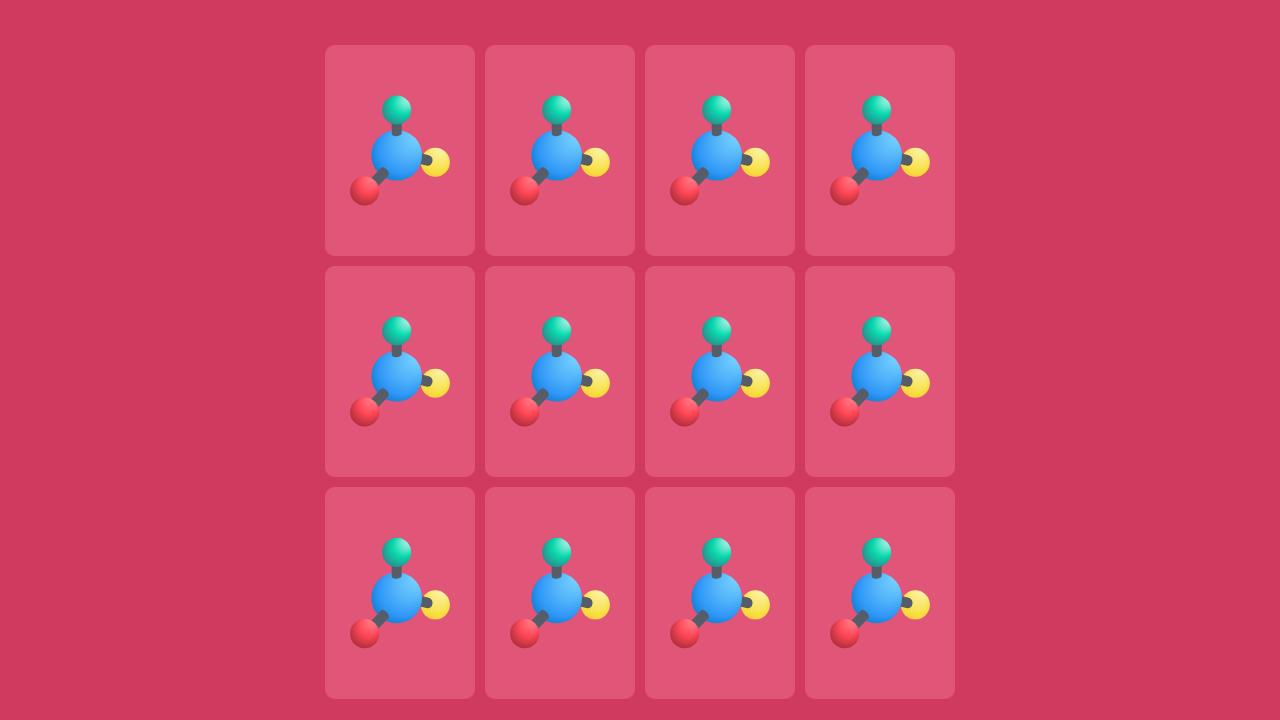
Repository: LeviUmr/JogoDaMemoria
Page: index.html
The author's editor kept a copy of each file at every save. The page is drawn from the files as they stood at one save, then again after a run of saves.
The browser window is 1280 px wide. The pictures show the whole page.
Pictures or frames that could not be fetched are drawn as grey boxes.

Above is the page before, as saved 2020-09-17 16:58:12.

### index.html
<html lang="en">
<head>
    <meta charset="UTF-8">
    <meta name="viewport" content="width=device-width, initial-scale=1.0">
    <title>Jogo da Memoria</title>
    <link rel="stylesheet" href="style.css">
    <link rel="favicon" href="favicon.ico">
    <script>
        var hov = new Audio();
        hov.src = "https://www.soundjay.com/button/sounds/button-30.mp3";
    </script>
</head>
<body>


    <div id="cardboard" onclick="hov.play()"></div>
    <script src="main.js"></script>


</body>

</html>

### style.css
*{
    padding: 0;
    margin: 0;
    box-sizing: border-box;
}
body{
    height: 100vh;
    display: flex;
    background: #d13a5f;
}

#cardboard{
    width:640px;
    height:640px ;
    margin:auto;
    display: flex;
    flex-wrap: wrap;
}

.memory-card{
    width: calc(25% - 10px);
    height: 33%;
    margin: 5px;
    transform-style: preserve-3d;
    transition: 0.5s;
    position: relative;
}
.memory-card:active{
    transform: scale(0.97)!important;
}



.memory-card:hover{
    transform: scale(1.02);
    box-shadow:2px 2px 10px rgba(0, 0, 0, 0.246) ;
    border-radius: 10px;
}

.box-shadow{
    transition: box-shadow 0.3 ease-in-out;
}

.memory-card.flip{
    transform: rotateY(180deg);
}
.front,
.back{
    background: #e05578;
    width: 100%;
    height: 100%;
    padding: 20px;
    position:absolute;
    border-radius: 10px;
}

.front{
    transform: rotateY(180deg);
}

### main.js
const cardBoard = document.querySelector("#cardBoard")

const images = [
    '001-cat.svg','002-horse.svg','003-gorilla.svg','004-snake.svg','005-toucan.svg', '006-jaguar.svg',

];

let HTML = '';

images.forEach(img =>{
    HTML += `
    <div class="memory-card">
        <img class="front" src= "images/${img}">
        <img class="back" src= "images/molecula.svg">
    </div>
    `
})

cardBoard.innerHTML = HTML + HTML;

/** Fim da renderização */

const cards = document.querySelectorAll('.memory-card');
let firstCard, secondCard;

function flipCard(){
    this.classList.add("flip");
    if(!firstCard){
    firstCard = this;
    return false
    }
    secondCard = this;

}

function checkForMatch(){

}

cards.forEach(card => card.addEventListener('click' , flipCard ));

After the next 2 saves:
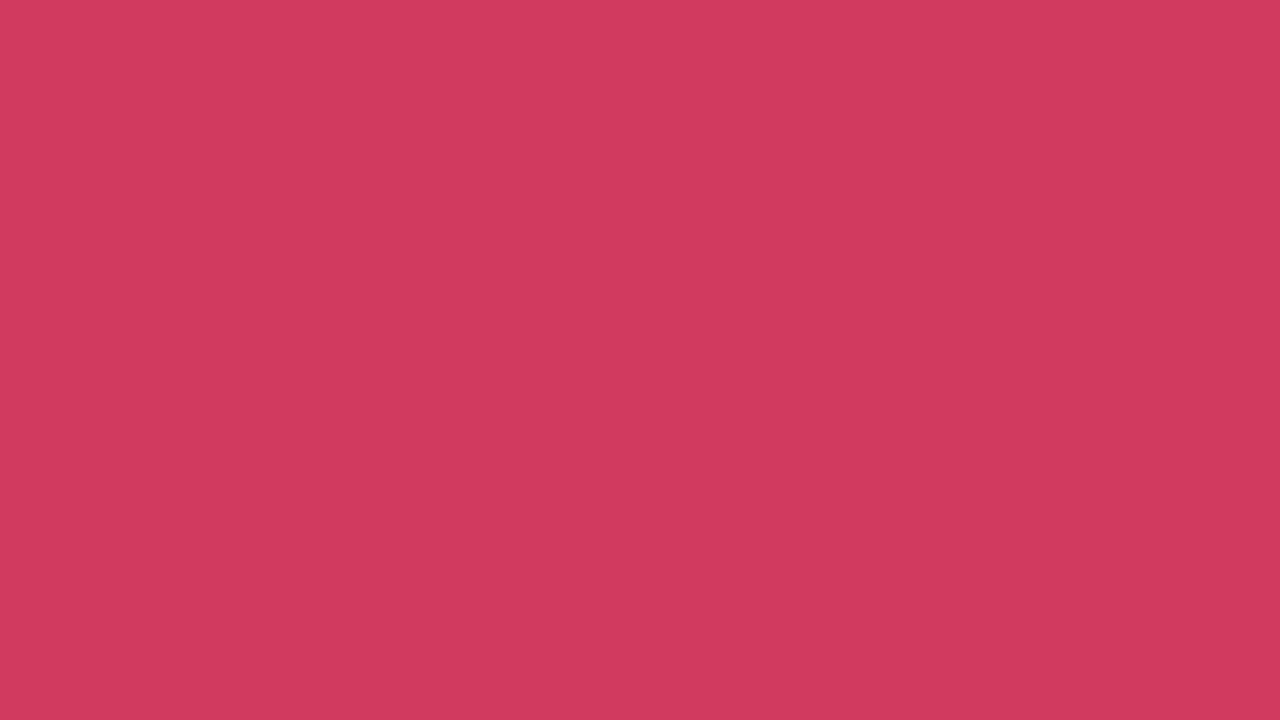
Console error: SyntaxError: Unexpected token '}'
The 2 saves are shown as one change because they came seconds apart.
The last was saved 15 s later.
--- a/main.js
+++ b/main.js
@@ -34,7 +34,7 @@
 }
 
 function checkForMatch(){
-
+    let isMatch =
 }
 
 cards.forEach(card => card.addEventListener('click' , flipCard ));

After the 4 saves that followed:
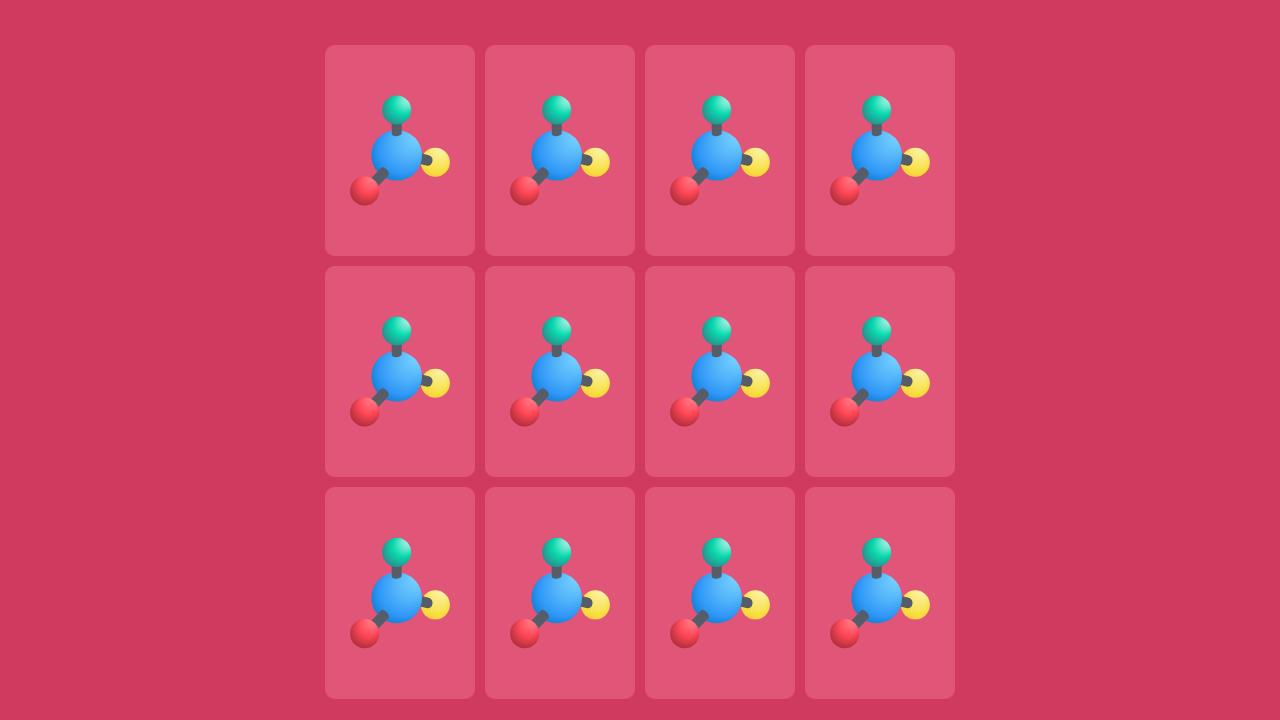
The error is gone.
The 4 saves are shown as one change because they came seconds apart.
The last was saved 25 s later.
--- a/main.js
+++ b/main.js
@@ -34,7 +34,7 @@
 }
 
 function checkForMatch(){
-    let isMatch =
+    let isMatch = firstCard.dataset
 }
 
 cards.forEach(card => card.addEventListener('click' , flipCard ));
